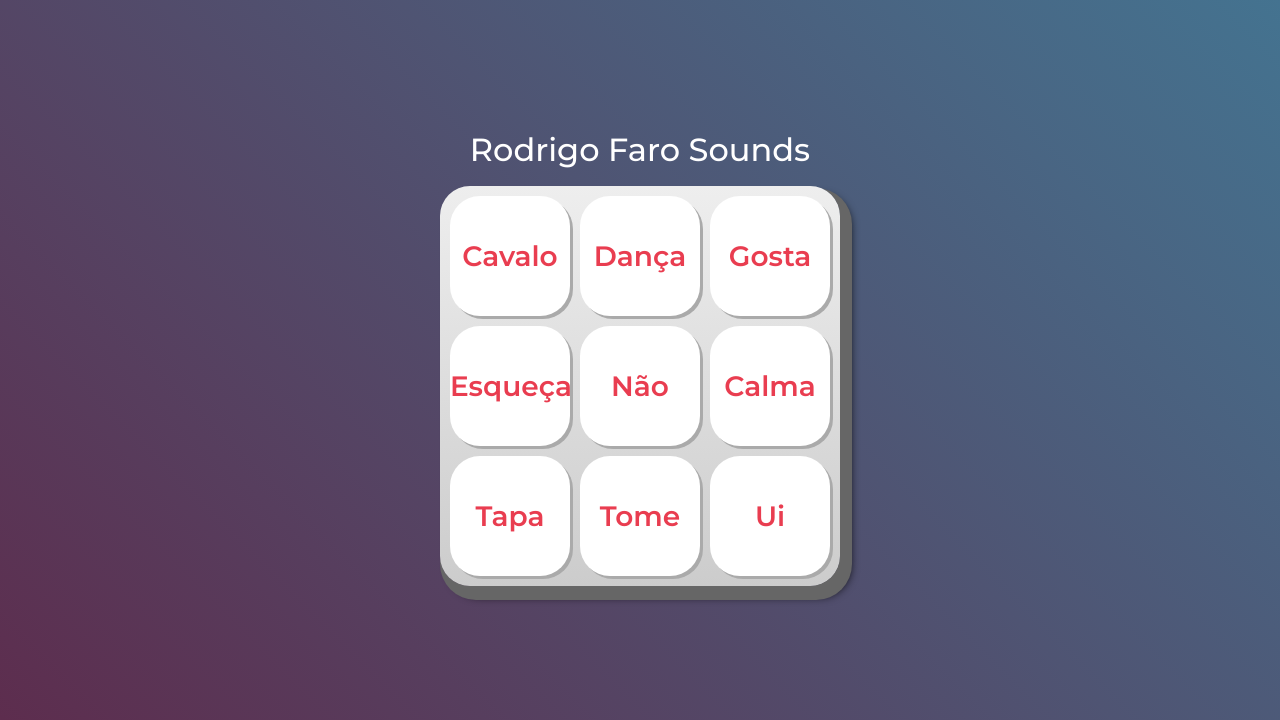
Repository: barbara-teresa-toledo/rodrigo-faro-sounds
Page: index.html
These files come from the project's save history. The page is drawn as it stood at one moment and after the next save; the edit follows.
The browser window is 1280 px wide. The pictures show the whole page.

Above is the page before, as saved 2022-08-02 16:20:19.

After the next save:
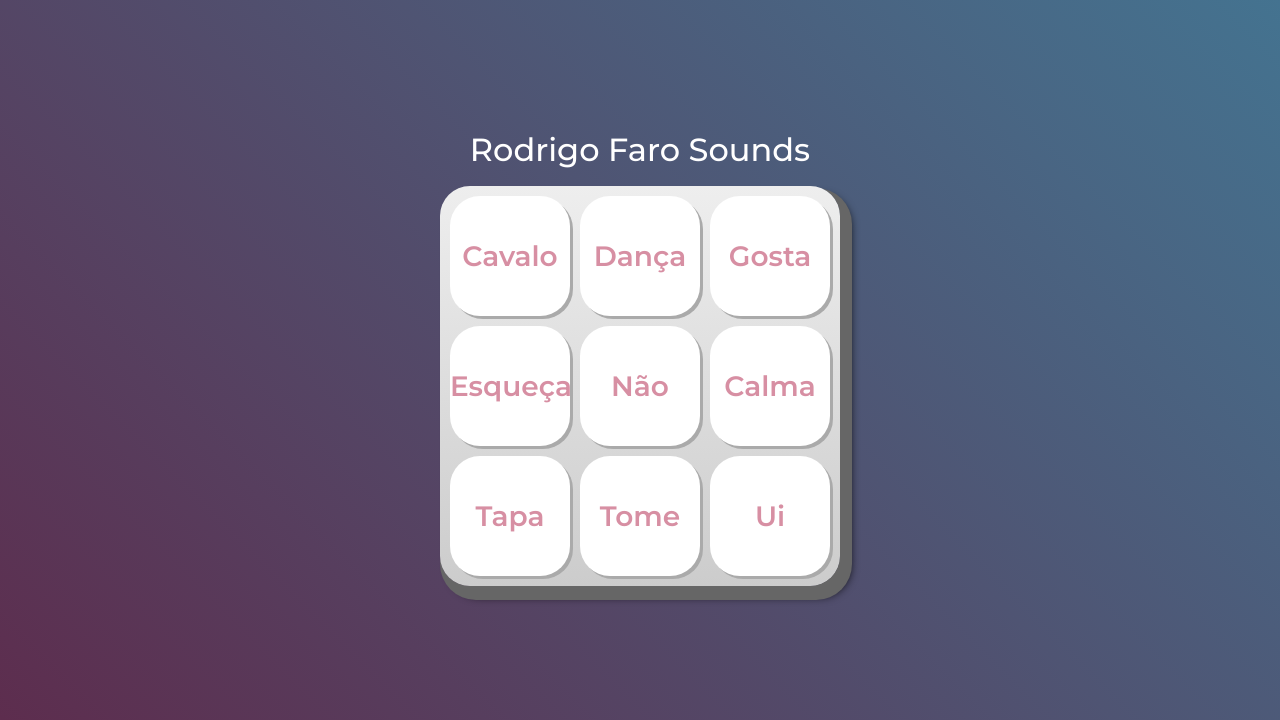
Saved 88 s later.
--- a/css/estilos.css
+++ b/css/estilos.css
@@ -1,6 +1,6 @@
 :root {
   --cinza: #aaa;
-  --vermelha: #e93d50;
+  --rosa: #d78fa3;
   --vermelha-escura: #af303f;
   --branca: #fff;
   --luz: rgb(229, 255, 0);
@@ -36,7 +36,7 @@
   background-color: var(--branca);
   border-radius: 30px;
   box-shadow: 3px 3px 0 var(--cinza);
-  color: var(--vermelha);
+  color: var(--rosa);
   cursor: pointer;
   height: 120px;
   font-size: 1.75em;
@@ -48,8 +48,8 @@
 
 .tecla.ativa,
 .tecla:active {
-  background-color: var(--vermelha);
-  border: 4px solid  var(--vermelha);
+  background-color: var(--rosa);
+  border: 4px solid  var(--rosa);
   box-shadow: 3px 3px 0 var(--vermelha-escura) inset;
   color: var(--branca);
   outline: none;
